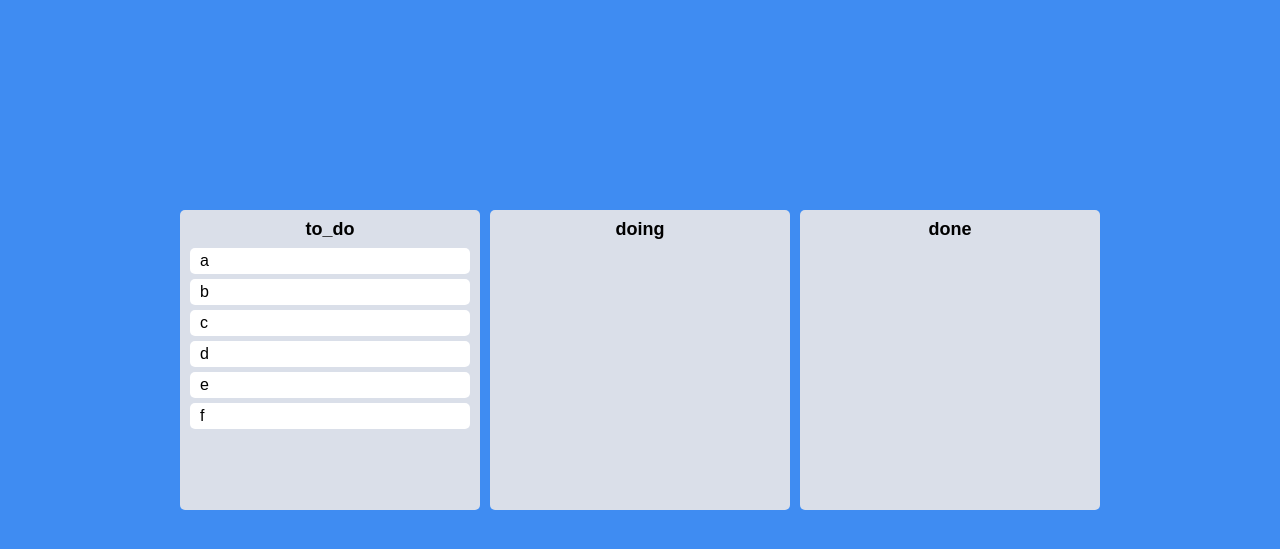
Repository: SeungYn/react-nomad
Page: / (app in trello/)
The author's editor kept a copy of each file at every save. The page is drawn from the files as they stood at one save, then again after the next save.
The browser window is 1280 px wide. The pictures show the whole page.
The project was rebuilt for these pictures with package versions that can differ from the ones it lists, and the page was loaded fresh each time. Also part of the build but not shown: trello/src/App.css.

Above is the page before, as saved 2023-01-15 17:40:43.

After the next save:
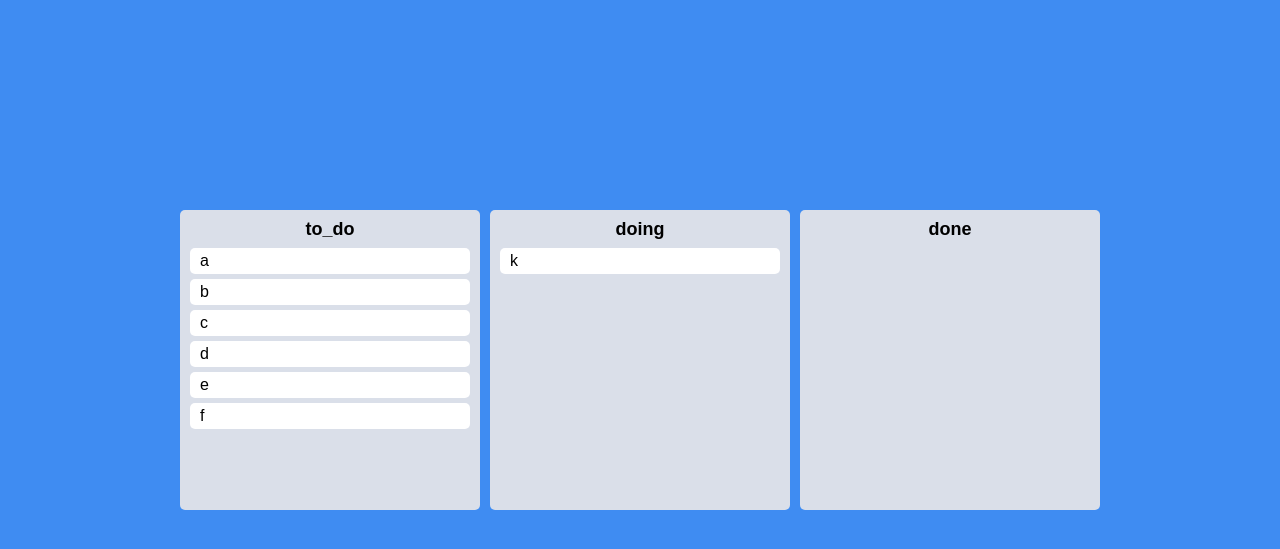
Saved 63 min 17 s later.
--- a/trello/src/atoms.tsx
+++ b/trello/src/atoms.tsx
@@ -8,7 +8,7 @@ export const toDoState = atom<IToDoState>({
   key: 'toDo',
   default: {
     to_do: ['a', 'b', 'c', 'd', 'e', 'f'],
-    doing: [],
+    doing: ['k'],
     done: [],
   },
 });
